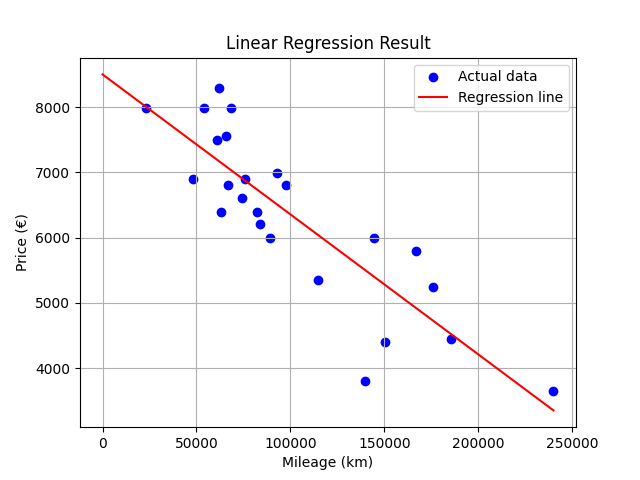
Repository: Nugahh/ft_linear_regression
Script's output: python predict.py
These files come from the project's save history. The script's output is drawn as it stood at one moment and after a run of saves; the edit follows.
Each picture stacks the figures in order, with grey between them; figures that are only written to a file come last. Random numbers start from a fixed seed.

Above is the script's output before, as saved 2025-06-09 19:35:23.

### predict.py
import json
import pandas as pd
import matplotlib.pyplot as plt

def estimate_price(mileage, theta0, theta1):
    return theta0 + theta1 * mileage

# Load trained model
with open('model.json', 'r') as f:
    model = json.load(f)
    theta0 = model['theta0']
    theta1 = model['theta1']
    max_mileage = model['max_mileage']
    max_prices = model['max_prices']

# # Ask user for mileage input
# try:
#     mileage_input = float(input("Enter the mileage of the car: "))
#     normalized = mileage_input / model['max_mileage']
#     predicted_price = estimate_price(normalized, theta0, theta1)
#     actual_price = predicted_price * max_prices
#     print(f"Estimated price: {actual_price:.2f}")
# except ValueError:
#     print("Please enter a valid number.")

# # Plotting the data
df = pd.read_csv('data.csv')
# plt.scatter(df['km'], df['price'])
# plt.xlabel('km')
# plt.ylabel('price (€)')
# plt.title('Mileage vs. Price')
# plt.show()

# Plotting the regression line
# Predict prices for 0 → max mileage
x_vals = list(range(0, int(max_mileage) + 1, 1000))
x_norm = [x / max_mileage for x in x_vals]
y_vals = [estimate_price(x / max_mileage, theta0, theta1) * max_prices for x in x_vals]

# Plot
plt.scatter(df['km'], df['price'], color='blue', label='Actual data')
plt.plot(x_vals, y_vals, color='red', label='Regression line')
plt.xlabel('Mileage (km)')
plt.ylabel('Price (€)')
plt.title('Linear Regression Result')
plt.legend()
plt.grid(True)
plt.savefig('regression_plot.png')

def r_squared(y_true, y_pred):
    mean_y = sum(y_true) / len(y_true)
    ss_total = sum((y - mean_y) ** 2 for y in y_true)
    ss_res = sum((y_true[i] - y_pred[i]) ** 2 for i in range(len(y_true)))
    return 1 - (ss_res / ss_total)

# Recalculate predictions
mileages_norm = [m / max_mileage for m in df['km'].tolist()]
predictions = [(theta0 + theta1 * m) * max_prices for m in mileages_norm]

# Calculate R²
"""
Precision Score Scale:
1.0 - 0.9: Excellent
0.9 - 0.8: Good
0.8 - 0.7: Fair
0.7 - 0.5: Poor
< 0.5: Very Poor
"""
score = r_squared(df['price'].tolist(), predictions)
print(f"R² score: {score:.4f}")

### model.json
{"theta0": 1.0252834318374369, "theta1": -0.6209591389634159, "max_mileage": 240000, "max_prices": 8290}

Loaded but not shown: data.csv (common file)

After the next 3 saves:
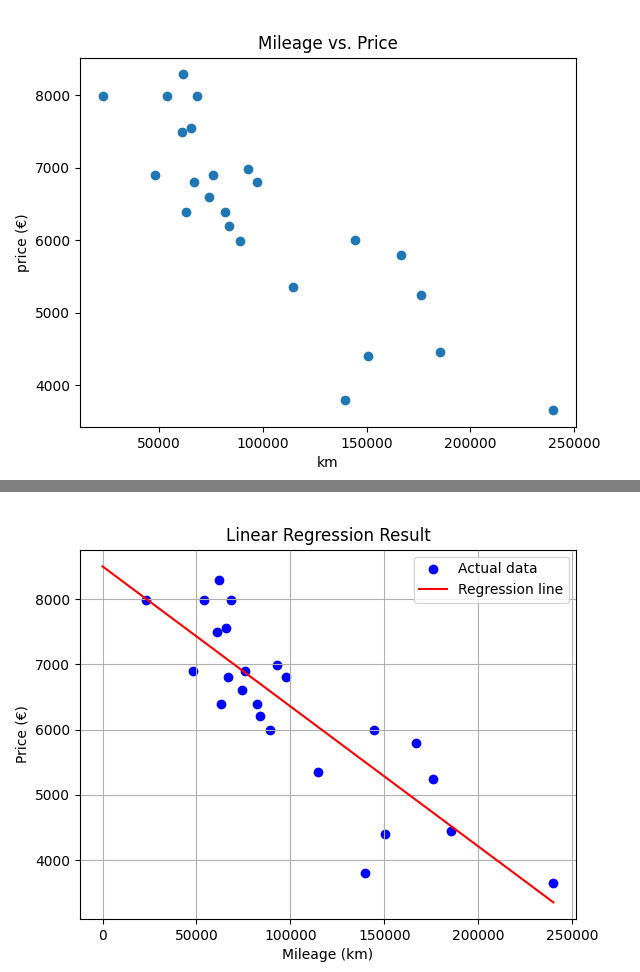
The 3 saves are shown as one change because 1 did not build or start and some came seconds apart.
The last was saved 18 s later.
--- a/predict.py
+++ b/predict.py
@@ -25,11 +25,11 @@
 
 # # Plotting the data
 df = pd.read_csv('data.csv')
-# plt.scatter(df['km'], df['price'])
-# plt.xlabel('km')
-# plt.ylabel('price (€)')
-# plt.title('Mileage vs. Price')
-# plt.show()
+plt.scatter(df['km'], df['price'])
+plt.xlabel('km')
+plt.ylabel('price (€)')
+plt.title('Mileage vs. Price')
+plt.show()
 
 # Plotting the regression line
 # Predict prices for 0 → max mileage

After the 4 saves that followed:
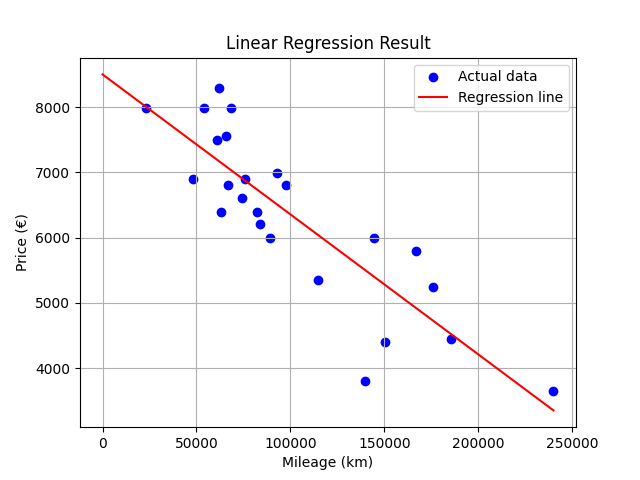
The 4 saves are shown as one change because 1 did not build or start and 1 left the picture as it was and some came seconds apart.
The last was saved 2 min 38 s later.
--- a/predict.py
+++ b/predict.py
@@ -25,11 +25,11 @@
 
 # # Plotting the data
 df = pd.read_csv('data.csv')
-plt.scatter(df['km'], df['price'])
-plt.xlabel('km')
-plt.ylabel('price (€)')
-plt.title('Mileage vs. Price')
-plt.show()
+# plt.scatter(df['km'], df['price'])
+# plt.xlabel('km')
+# plt.ylabel('price (€)')
+# plt.title('Mileage vs. Price')
+# plt.show()
 
 # Plotting the regression line
 # Predict prices for 0 → max mileage
